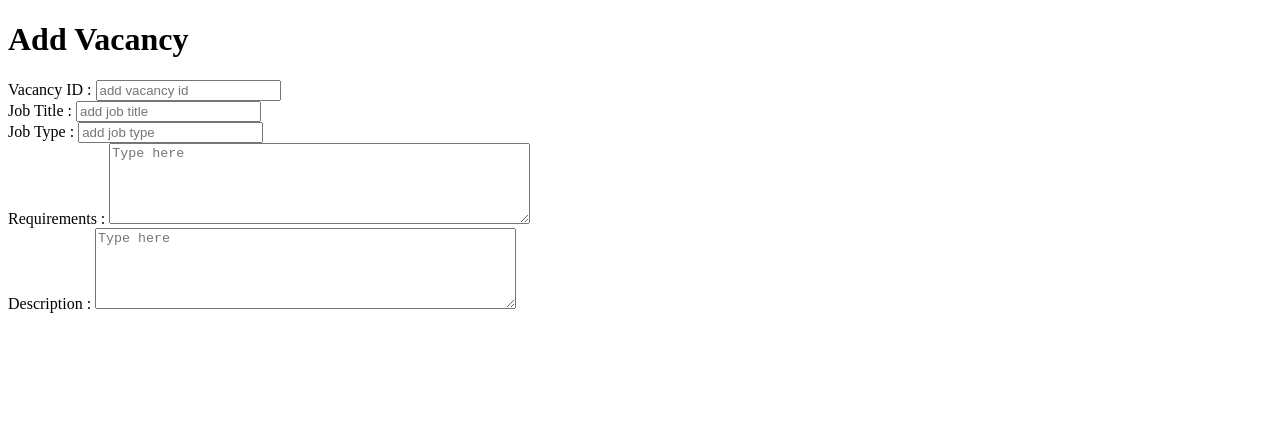
Repository: IT21221064/JobPortal
Page: http://localhost/signup/addVacancy.jsp
These files come from the project's save history. The page is drawn as it stood at one moment and after the next save; the edit follows.
The browser window is 1280 px wide. The pictures show the whole page.
The page is served by Tomcat 9.

Above is the page before, as saved 2023-07-14 17:14:02.

### jobPortal/signup/src/main/webapp/addVacancy.jsp
<%@ page language="java" contentType="text/html; charset=ISO-8859-1"
    pageEncoding="ISO-8859-1"%>
<!DOCTYPE html>
<html>
<head>
<meta charset="ISO-8859-1">
<title>Insert title here</title>
</head>
<body>
<h1>Add Vacancy</h1>
<label for="vid">Vacancy ID : </label>
<input type="text" name="vid" id="vid" placeholder="add vacancy id"><br>
<label for="vtitle">Job Title : </label>
<input type="text" name="vtitle" id="vtitle" placeholder="add job title"><br>
<label for="vtitle">Job Type : </label>
<input type="text" name="vtitle" id="vtitle" placeholder="add job type"><br>
<label for ="jobreqs">Requirements : </label>
<textarea id="jobreqs" name="jobreqs" rows="5" cols="50" placeholder="Type here"></textarea><br>
<label for ="jobdesc">Description : </label>
<textarea id="jobdesc" name="jobdesc" rows="5" cols="50" placeholder="Type here"></textarea><br>


</body>
</html>

After the next save:
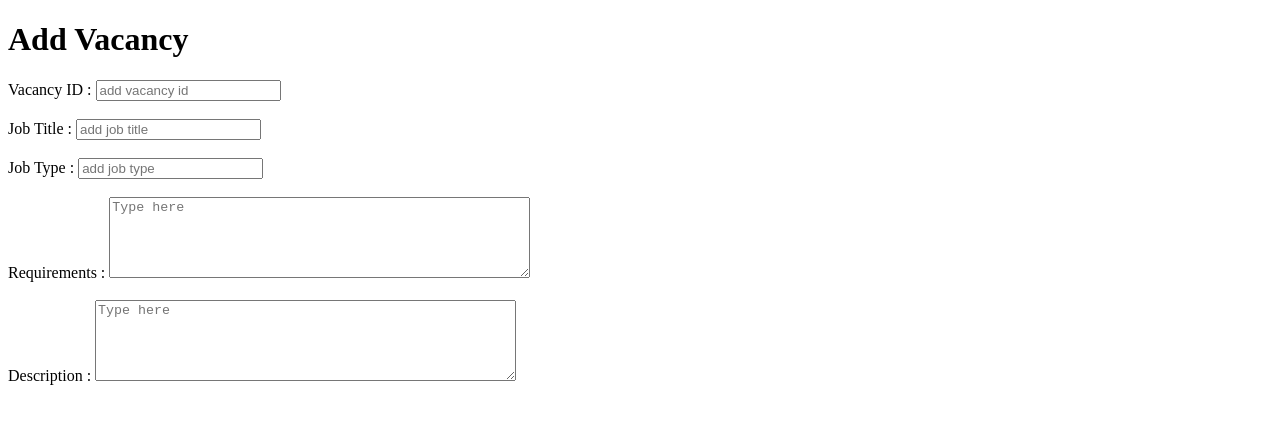
Saved 12 s later.
--- a/jobPortal/signup/src/main/webapp/addVacancy.jsp
+++ b/jobPortal/signup/src/main/webapp/addVacancy.jsp
@@ -9,15 +9,15 @@
 <body>
 <h1>Add Vacancy</h1>
 <label for="vid">Vacancy ID : </label>
-<input type="text" name="vid" id="vid" placeholder="add vacancy id"><br>
+<input type="text" name="vid" id="vid" placeholder="add vacancy id"><br><br>
 <label for="vtitle">Job Title : </label>
-<input type="text" name="vtitle" id="vtitle" placeholder="add job title"><br>
+<input type="text" name="vtitle" id="vtitle" placeholder="add job title"><br><br>
 <label for="vtitle">Job Type : </label>
-<input type="text" name="vtitle" id="vtitle" placeholder="add job type"><br>
+<input type="text" name="vtitle" id="vtitle" placeholder="add job type"><br><br>
 <label for ="jobreqs">Requirements : </label>
-<textarea id="jobreqs" name="jobreqs" rows="5" cols="50" placeholder="Type here"></textarea><br>
+<textarea id="jobreqs" name="jobreqs" rows="5" cols="50" placeholder="Type here"></textarea><br><br>
 <label for ="jobdesc">Description : </label>
-<textarea id="jobdesc" name="jobdesc" rows="5" cols="50" placeholder="Type here"></textarea><br>
+<textarea id="jobdesc" name="jobdesc" rows="5" cols="50" placeholder="Type here"></textarea><br><br>
 
 
 </body>
